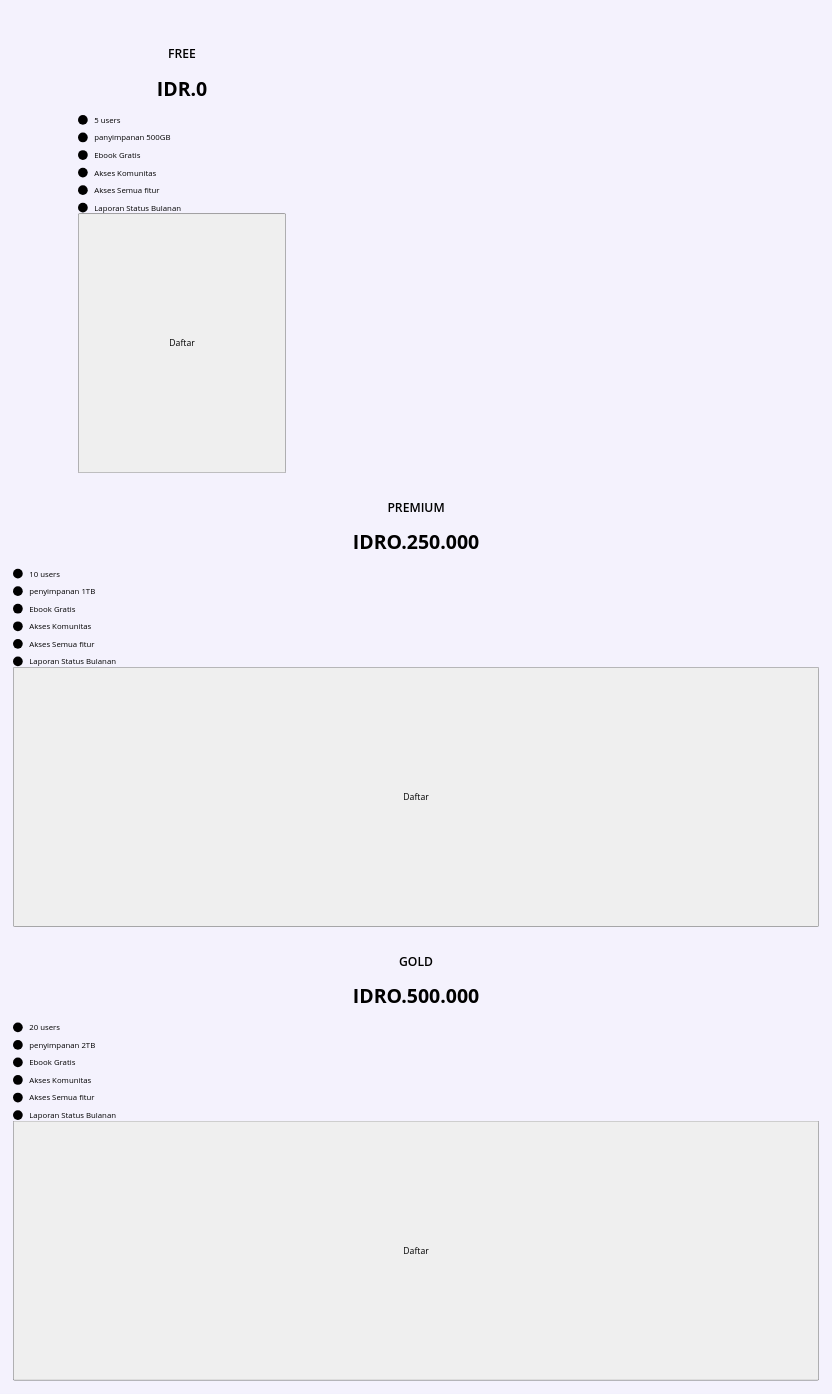
Repository: TUTJAL/my-website
Page: card.html
The author's editor kept a copy of each file at every save. The page is drawn from the files as they stood at one save, then again after a run of saves.
The browser window is 1280 px wide. The pictures show the whole page, at 65% of full size.

Above is the page before, as saved 2024-06-20 11:16:26.

### card.html
<!DOCTYPE html>
<html lang="en">
<head>
    <meta charset="UTF-8">
    <meta name="viewport" content="width=device-width, initial-scale=1.0">
    <title>Document</title>
    <link rel="stylesheet" href="card.css">
</head>
<body>
    <div id="pricing-card">
        <div class="single-card">
            <div class="wrapper">
                <h3>FREE</h3>
                <h1>IDR.0</h1>
                <ul>
                    <li>
                        <i class="fas fa-check"></i>
                        <span>5 users</span>
                    </li>
                    <li>
                        <i class="fas fa-check"></i>
                        <span>panyimpanan 500GB</span>
                    </li>
                    <li>
                        <i class="fas fa-check"></i>
                        <span>Ebook Gratis</span>
                    </li>
                    <li class="disable">
                        <i class="fas fa-check"></i>
                        <span>Akses Komunitas</span>
                    </li>
                    <li class="disable">
                        <i class="fas fa-check"></i>
                        <span>Akses Semua fitur</span>
                    </li>
                    <li class="disable">
                        <i class="fas fa-check"></i>
                        <span>Laporan Status Bulanan</span>
                    </li>
                </ul>
                <button>Daftar</button>
            </div>
        </div>
    </div>
    <div class="single-card">
        <div class="wrapper premium">
            <H3>PREMIUM</H3>
            <h1>IDRO.250.000</h1>
            <ul>
                <li>
                    <i class="fas fa-check"></i>
                    <span>10 users</span>
                </li>
                <li>
                    <i class="fas fa-check"></i>
                    <span>penyimpanan 1TB</span>
                </li>
                <li>
                    <i class="fas fa-check"></i>
                    <span>Ebook Gratis</span>
                </li>

                    <li class="disable1">
                        <i class="fas fa-check"></i>
                        <span>Akses Komunitas</span>
                    </li>
                    <li class="disable1">
                        <i class="fas fa-check"></i>
                        <span class="card1">Akses Semua fitur</span>
                    </li>
                    <li class="disable1">
                        <i class="fas fa-check"></i>
                        <span>Laporan Status Bulanan</span>
                    </li>
            </ul>
            <button>Daftar</button>
        </div>
    </div>
    <div>
    <div class="single-card">
        <div class="wrapper">
            <h3>GOLD</h3>
            <h1>IDRO.500.000</h1>
            <ul>
                <li>
                    <i class="fas fa-check"></i>
                    <span>20 users</span>
                </li>
                <li>
                    <i class="fas fa-check"></i>
                    <span>penyimpanan 2TB</span>
                </li>
                <li>
                    <i class="fas fa-check"></i>
                    <span>Ebook Gratis</span>
                </li>
                <li>
                    <i class="fas fa-check"></i>
                    <span>Akses Komunitas</span>
                </li>
                <li>
                    <i class="fas fa-check"></i>
                    <span>Akses Semua fitur</span>
                </li>
                <li>
                    <i class="fas fa-check"></i>
                    <span>Laporan Status Bulanan</span>
                </li>
            </ul>
            <button>Daftar</button>
        </div>
    </div>
</div>
</body>
</html>

### card.css
/* @import("https://fonts.googleapis.com/") */
*{
    margin: 0;
    padding: 0;
    box-sizing: border-box;
    font-family: 'open sans',sans-serif;

}
body{
    background-color: #f4f2fd;;
}
::selection{
    background-color: black;
    color: white;
}
#pricing-card{
    display: flex;
    flex-wrap: wrap;
    padding: 0px 100px;
    margin-top: 50px;
    border: 10px;
}
.single-card{
    flex-basis: calc(100%/3);
    padding: 20px;

}
.single-card.wrapper{
    background-color: white;
    height: 100%;
    padding: 30px;
    border-radius: 20px;
    box-shadow: 3px 5px 10px rgba(0,0,0,0.1);
    transition: .3s;
}
.single-card.wrapper:hover{
    transform: translateY(-5px);
}
.single-card h3{
    text-align: center;
    font-weight: 600;
}
.single-card h1{
    margin: 20px 0px;
    font-size: 30px;
    text-align: center;
}
.single-card li{
    list-style: none;
    display: flex;
    align-items: center;
    margin-top: 10px;
}
.single-card i{
    height: 15px;
    width: 15px;
    background-color: black;
    display: inline-flex;
    justify-content: center;
    align-items: center;
    border-radius: 50%;
    color: white;
    font-size: 10px;
    margin-right: 10px;
}
.single-card span{
    font-size: 12px;
    font-weight: 500;
}
.single-card button{
    height: 400px;
    width: 100%;
    background-color: #c4;
}

After the next 2 saves:
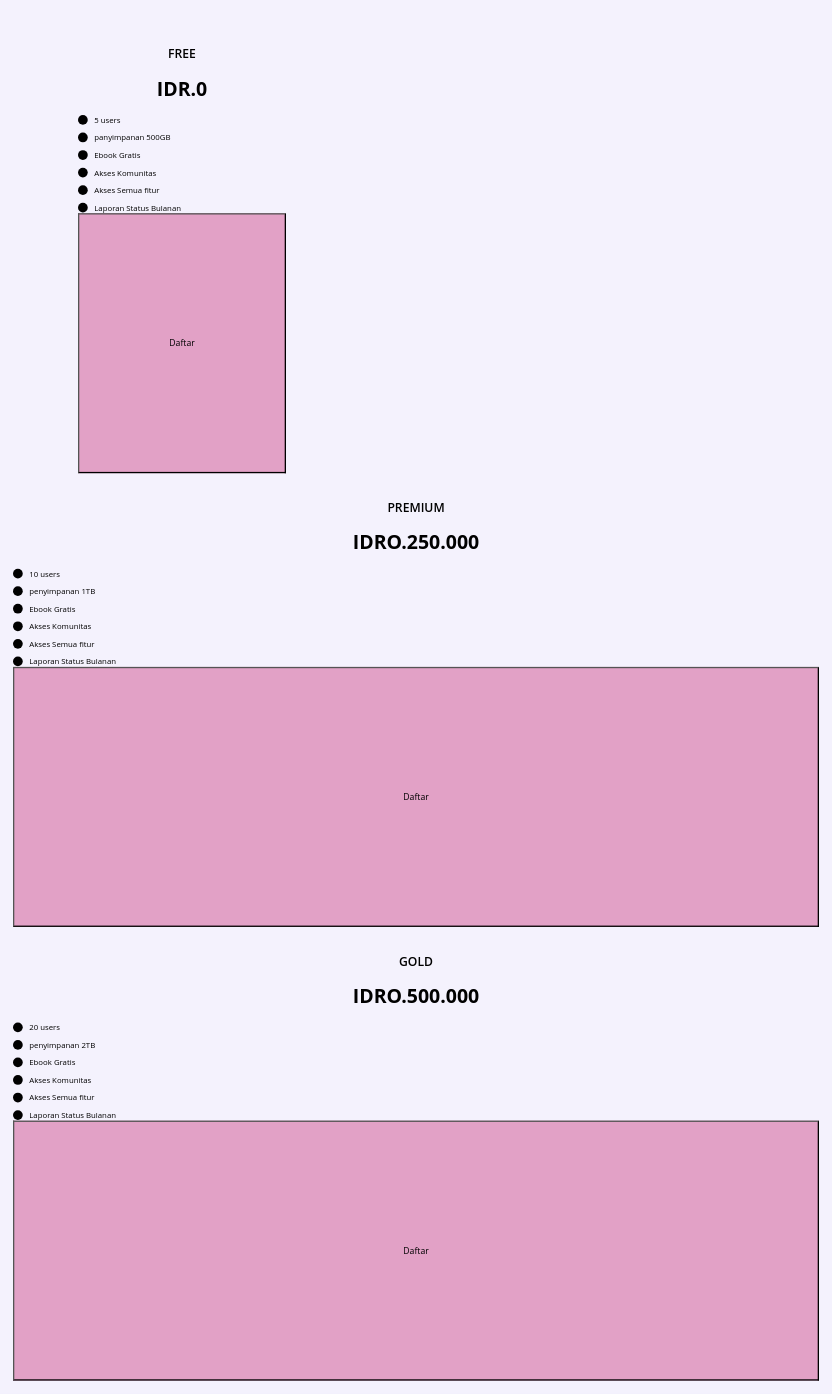
The 2 saves are shown as one change because they came seconds apart.
The last was saved 7 s later.
--- a/card.css
+++ b/card.css
@@ -70,5 +70,5 @@ body{
 .single-card button{
     height: 400px;
     width: 100%;
-    background-color: #c4;
+    background-color: #c487;
 }
